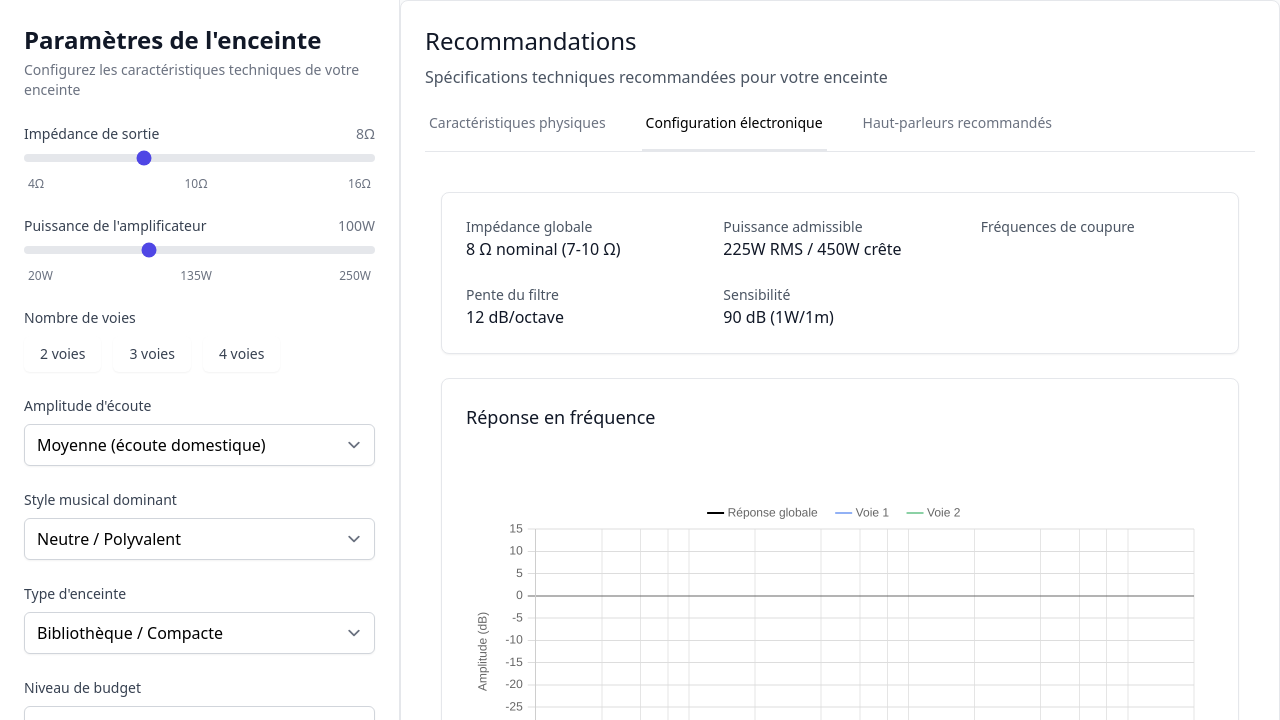
Repository: flobutbut/AcuoTune
Page: /#/, after clicking the first element matching `nav.flex > :nth-child(2)`
An editor plug-in stored every save of this project. The page is shown before and after the next save, followed by the edit.
The browser window is 1280 px wide. The pictures show the whole page.
An inner scrolling area shows only its first screen. The project was rebuilt for these pictures with package versions that can differ from the ones it lists, and the page was loaded fresh each time. Also part of the build but not shown: vite.config.ts, src/components/configurateur/recommendations/SpeakersTab.vue.

Above is the page before, as saved 2025-02-28 15:09:02.

### src/main.ts
import './assets/main.css'

import { createApp } from 'vue'
import { createPinia } from 'pinia'
import App from './App.vue'
import router from './router'

// Pour le débogage
console.log('Initializing app...')

const app = createApp(App)
const pinia = createPinia()

// Pour le débogage
app.config.errorHandler = (err, instance, info) => {
  console.error('Vue Error:', err)
  console.log('Component:', instance)
  console.log('Info:', info)
}

app.use(pinia)
app.use(router)

app.mount('#app')

// Pour le débogage
console.log('App mounted')

### src/App.vue
<script setup lang="ts">
import { RouterView } from 'vue-router'
</script>

<template>
  <RouterView />
</template>

<style>
#app {
  height: 100vh;
  width: 100vw;
}
</style>

### src/router/index.ts
import { createRouter, createWebHashHistory } from 'vue-router'
import ConfigurateurView from '../views/ConfigurateurView.vue'

const base = process.env.NODE_ENV === 'production' ? '/AcuoTune/' : '/'

const router = createRouter({
  history: createWebHashHistory(base),
  routes: [
    {
      path: '/',
      name: 'home',
      component: ConfigurateurView
    }
  ]
})

export default router

### src/views/ConfigurateurView.vue
<script setup lang="ts">
import ConfigurationPanel from '@/components/configurateur/ConfigurationPanel.vue'
import RecommendationsPanel from '@/components/configurateur/RecommendationsPanel.vue'
</script>

<template>
  <div class="flex h-screen bg-gray-50">
    <!-- Colonne de gauche - Configuration -->
    <div class="w-[400px] min-w-[400px] overflow-y-auto border-r border-gray-200 bg-white">
      <ConfigurationPanel />
    </div>

    <!-- Colonne de droite - Recommandations -->
    <div class="flex-1 overflow-y-auto">
      <RecommendationsPanel />
    </div>
  </div>
</template>

<style>
/* Supprimer les marges par défaut */
body {
  margin: 0;
  padding: 0;
}

/* Assurer que l'app prend toute la hauteur */
#app {
  height: 100vh;
}
</style>

### src/components/configurateur/RecommendationsPanel.vue
<script setup lang="ts">
import { ref } from 'vue'
import PhysicalTab from './recommendations/PhysicalTab.vue'
import ElectronicTab from './recommendations/ElectronicTab.vue'
import SpeakersTab from './recommendations/SpeakersTab.vue'

const activeTab = ref('physique')

// Données temporaires pour test
const physicalRecommendations = {
  volume: '30L',
  dimensions: {
    height: '80cm',
    width: '30cm',
    depth: '40cm'
  },
  materials: ['MDF 19mm', 'Contreplaqué bouleau 18mm'],
  portType: 'Bass-reflex',
  port: {
    surface: '50cm²',
    length: '15cm',
    diameter: '8cm',
    tuningFreq: '35Hz'
  }
}

const electronicRecommendations = {
  impedance: '8Ω',
  power: '100W RMS',
  crossoverFreqs: ['500Hz', '3.5kHz'],
  filterSlope: '12dB/octave',
  efficiency: '89dB'
}

const speakerRecommendations = [
  {
    type: 'Grave',
    impedance: '8Ω',
    power: '100W RMS',
    sensitivity: '89dB'
  },
  {
    type: 'Médium',
    impedance: '8Ω',
    power: '50W RMS',
    sensitivity: '91dB'
  },
  {
    type: 'Aigu',
    impedance: '8Ω',
    power: '25W RMS',
    sensitivity: '92dB'
  }
]
</script>

<template>
  <div class="w-full bg-white rounded-lg shadow-sm border border-gray-200">
    <div class="p-6">
      <h2 class="text-2xl font-medium text-gray-900 mb-2">Recommandations</h2>
      <p class="text-gray-600 mb-6">Spécifications techniques recommandées pour votre enceinte</p>

      <!-- Onglets -->
      <div class="border-b border-gray-200">
        <nav class="flex space-x-8" aria-label="Tabs">
          <button
            v-for="tab in ['physique', 'electronique', 'hautparleurs']"
            :key="tab"
            @click="activeTab = tab"
            :class="[
              'pb-4 px-1 font-medium text-sm border-b-2 transition-colors',
              activeTab === tab
                ? 'border-primary-600 text-primary-600'
                : 'border-transparent text-gray-500 hover:text-gray-700 hover:border-gray-300'
            ]"
          >
            {{ tab === 'physique' ? 'Caractéristiques physiques' :
               tab === 'electronique' ? 'Configuration électronique' :
               'Haut-parleurs recommandés' }}
          </button>
        </nav>
      </div>

      <!-- Contenu des onglets -->
      <div class="mt-6">
        <PhysicalTab v-if="activeTab === 'physique'" />
        <ElectronicTab v-if="activeTab === 'electronique'" />
        <SpeakersTab v-if="activeTab === 'hautparleurs'" />
      </div>
    </div>
  </div>
</template>

### src/components/configurateur/controls/RangeInput.vue
<script setup lang="ts">
defineProps<{
  label: string
  name: string
  value: number
  min: number
  max: number
  step: number
  unit?: string
}>()

defineEmits<{
  (e: 'update', event: Event): void
}>()
</script>

<template>
  <div class="space-y-2">
    <!-- Label et valeur actuelle -->
    <div class="flex justify-between items-center">
      <label :for="name" class="block text-sm font-medium text-gray-700">
        {{ label }}
      </label>
      <span class="text-sm text-gray-500">
        {{ value }}{{ unit }}
      </span>
    </div>

    <!-- Input range -->
    <input
      :id="name"
      type="range"
      :name="name"
      :min="min"
      :max="max"
      :step="step"
      :value="value"
      @input="$emit('update', $event)"
      class="w-full h-2 bg-gray-200 rounded-lg appearance-none cursor-pointer
             dark:bg-gray-700 accent-indigo-600 focus:outline-none focus:ring-2
             focus:ring-indigo-500 focus:ring-offset-2"
    />

    <!-- Valeurs min/max -->
    <div class="flex justify-between px-1">
      <span class="text-xs text-gray-500">{{ min }}{{ unit }}</span>
      <span class="text-xs text-gray-500">{{ Math.round((max + min) / 2) }}{{ unit }}</span>
      <span class="text-xs text-gray-500">{{ max }}{{ unit }}</span>
    </div>
  </div>
</template>

### src/components/configurateur/controls/SelectInput.vue
<script setup lang="ts">
interface Option {
  value: string
  label: string
}

defineProps<{
  label: string
  name: string
  value: string
  options: Option[]
}>()

defineEmits<{
  (e: 'update', event: Event): void
}>()
</script>

<template>
  <div class="space-y-2">
    <label :for="name" class="block text-sm font-medium text-gray-700">
      {{ label }}
    </label>
    <select
      :id="name"
      :name="name"
      :value="value"
      @change="$emit('update', $event)"
      class="mt-1 block w-full rounded-md border-gray-300 py-2 pl-3 pr-10 text-base
             focus:border-indigo-500 focus:outline-none focus:ring-indigo-500
             bg-white shadow-sm"
    >
      <option
        v-for="option in options"
        :key="option.value"
        :value="option.value"
        class="text-gray-900"
      >
        {{ option.label }}
      </option>
    </select>
  </div>
</template>

### src/constants/configurateur.ts
export const IMPEDANCE_OPTIONS = {
  min: 4,
  max: 16,
  step: 4
}

export const PUISSANCE_OPTIONS = {
  min: 20,
  max: 250,
  step: 10
}

export const AMPLITUDE_ECOUTE_OPTIONS = [
  { value: 'faible', label: 'Faible (écoute de proximité)' },
  { value: 'moyenne', label: 'Moyenne (écoute domestique)' },
  { value: 'forte', label: 'Forte (home-cinéma, fêtes)' }
]

export const STYLE_MUSICAL_OPTIONS = [
  { value: 'neutre', label: 'Neutre / Polyvalent' },
  { value: 'hifi', label: 'Hi-Fi / Audiophile' },
  { value: 'bass', label: 'Bass heavy (Electronic, Hip-hop)' },
  { value: 'acoustique', label: 'Acoustique / Classique' }
]

export const TYPE_ENCEINTE_OPTIONS = [
  { value: 'bibliothèque', label: 'Bibliothèque / Compacte' },
  { value: 'colonne', label: 'Colonne' },
  { value: 'monitoring', label: 'Monitoring' }
]

export const BUDGET_NIVEAU_OPTIONS = [
  { value: 'économique', label: 'Économique' },
  { value: 'moyen', label: 'Moyen' },
  { value: 'élevé', label: 'Élevé' }
]

export const DISTANCE_MUR_OPTIONS = [
  { value: 'proche', label: 'Proche (< 20cm)' },
  { value: 'moyenne', label: 'Moyenne (20-40cm)' },
  { value: 'éloignée', label: 'Éloignée (> 40cm)' }
]

export const UTILISATION_OPTIONS = [
  { value: 'musique', label: 'Musique' },
  { value: 'homecinema', label: 'Home-cinéma' },
  { value: 'mixte', label: 'Mixte (Musique + Home-cinéma)' },
  { value: 'studio', label: 'Production / Mixage studio' }
]

export const TYPE_CHARGE_OPTIONS = [
  { value: 'clos', label: 'Clos' },
  { value: 'bass-reflex', label: 'Bass-reflex' },
  { value: 'double-bass-reflex', label: 'Double Bass-reflex' }
]

export const PENTE_FILTRE_OPTIONS = [
  { value: '12', label: '12 dB/octave' },
  { value: '18', label: '18 dB/octave' },
  { value: '24', label: '24 dB/octave' }
]

export const FACTEUR_QUALITE_OPTIONS = [
  { value: '0.5', label: 'Q = 0.5 (Sous-amorti)' },
  { value: '0.707', label: 'Q = 0.707 (Butterworth)' },
  { value: '1.0', label: 'Q = 1.0 (Sur-amorti)' }
]

### src/components/configurateur/recommendations/ElectronicTab.vue
<script setup lang="ts">
import { computed } from 'vue'
import { useConfigurateurStore } from '@/stores/configurateur'
import { calculateElectronic } from '@/utils/calculations/electronic'
import { calculateAcoustic } from '@/utils/calculations/acoustic'
import FrequencyResponseChart from '../FrequencyResponseChart.vue'

const store = useConfigurateurStore()

const electronicRecommendations = computed(() => {
  if (!store.config) return null
  const acousticParams = calculateAcoustic(store.config)
  return calculateElectronic(store.config, acousticParams)
})
</script>

<template>
  <div class="space-y-6 p-4">
    <div v-if="electronicRecommendations" class="space-y-6">
      <!-- Panneau des paramètres -->
      <div class="bg-white rounded-lg shadow-sm border border-gray-200 p-6">
        <div class="grid grid-cols-2 md:grid-cols-3 gap-6">
          <div v-for="(value, key) in [
            { label: 'Impédance globale', value: electronicRecommendations.impedanceGlobale },
            { label: 'Puissance admissible', value: electronicRecommendations.puissanceAdmissible },
            { label: 'Fréquences de coupure', value: electronicRecommendations.frequencesCoupure.join(' / ') },
            { label: 'Pente du filtre', value: electronicRecommendations.penteFiltre },
            { label: 'Sensibilité', value: electronicRecommendations.sensibilite }
          ]" :key="key" class="group">
            <div class="text-sm text-gray-600 group-hover:text-gray-800 transition-colors">{{ value.label }}</div>
            <div class="font-medium text-gray-900">{{ value.value }}</div>
          </div>
        </div>
      </div>

      <!-- Graphique -->
      <div class="bg-white rounded-lg shadow-sm border border-gray-200 p-6">
        <h3 class="text-lg font-medium text-gray-900 mb-4">Réponse en fréquence</h3>
        <div class="h-[400px] w-full">
          <FrequencyResponseChart
            :config="store.config"
            :electronic-params="electronicRecommendations"
          />
        </div>
      </div>
    </div>

    <div v-else class="flex items-center justify-center h-48 bg-gray-50 rounded-lg">
      <div class="text-gray-500">
        <svg class="w-8 h-8 mx-auto mb-2 animate-spin" viewBox="0 0 24 24" fill="none">
          <circle class="opacity-25" cx="12" cy="12" r="10" stroke="currentColor" stroke-width="4"/>
          <path class="opacity-75" fill="currentColor" d="M4 12a8 8 0 018-8V0C5.373 0 0 5.373 0 12h4z"/>
        </svg>
        <span>Chargement des recommandations...</span>
      </div>
    </div>
  </div>
</template>

### src/utils/calculations/electronic.ts
import type { Config } from '@/types/configurateur'
import type { ElectronicRecommendation } from '@/types/configurateur'

interface AcousticResult {
  volumeOptimal: number
  frequenceAccord: number
  facteurQualite: number
  frequenceResonance: number
  rendementBasse: number
  puissanceMax: number
}

export function calculateElectronic(config: Config, acoustic: AcousticResult): ElectronicRecommendation {
  console.log('Calculating electronic parameters for:', { config, acoustic })

  // Calcul des fréquences de coupure
  const frequencesCoupure = calculateCrossoverFrequencies(config)

  // Calcul de la pente des filtres
  const penteFiltre = calculateFilterSlope(config)

  // Calcul de l'impédance globale
  const impedanceGlobale = calculateGlobalImpedance(config)

  // Calcul de la puissance admissible
  const puissanceAdmissible = calculateAdmissiblePower(acoustic.puissanceMax)

  // Calcul de la sensibilité globale
  const sensibilite = calculateGlobalSensitivity(config, acoustic)

  const result: ElectronicRecommendation = {
    frequencesCoupure,
    penteFiltre,
    impedanceGlobale,
    puissanceAdmissible,
    sensibilite
  }

  console.log('Electronic calculation result:', result)
  return result
}

function calculateCrossoverFrequencies(config: Config): string[] {
  // Si mode avancé et fréquences manuelles définies, les utiliser
  if (config.showAdvanced && config.freqCoupureManuelle.length > 0) {
    return config.freqCoupureManuelle.map(freq => `${freq} Hz`)
  }

  // Sinon, calculer les fréquences recommandées
  const freqs: number[] = []
  switch (config.nombreVoies) {
    case 2:
      freqs.push(config.styleMusical === 'bass' ? 2500 : 3000)
      break
    case 3:
      freqs.push(
        config.styleMusical === 'bass' ? 400 : 500,
        config.styleMusical === 'bass' ? 2500 : 3000
      )
      break
    case 4:
      freqs.push(
        config.styleMusical === 'bass' ? 200 : 250,
        config.styleMusical === 'bass' ? 800 : 1000,
        config.styleMusical === 'bass' ? 2500 : 3000
      )
      break
  }
  return freqs.map(freq => `${freq} Hz`)
}

function calculateFilterSlope(config: Config): string {
  // Si mode avancé, utiliser la pente configurée
  if (config.showAdvanced) {
    return `${config.penteFiltre} dB/octave`
  }

  // Sinon, déterminer la pente recommandée
  if (config.budgetNiveau === 'élevé' || config.styleMusical === 'hifi') {
    return '24 dB/octave'
  } else if (config.nombreVoies >= 3) {
    return '18 dB/octave'
  }
  return '12 dB/octave'
}

function calculateGlobalImpedance(config: Config): string {
  // Calcul de l'impédance nominale
  let impedance = config.impedance

  // Ajustements selon le nombre de voies
  if (config.nombreVoies >= 3) {
    impedance = Math.max(4, impedance - 2)
  }

  return `${impedance} Ω nominal (${impedance - 1}-${impedance + 2} Ω)`
}

function calculateAdmissiblePower(maxPower: number): string {
  const rms = Math.round(maxPower)
  const peak = Math.round(maxPower * 2)
  return `${rms}W RMS / ${peak}W crête`
}

function calculateGlobalSensitivity(config: Config, acoustic: AcousticResult): string {
  // Sensibilité de base selon le rendement calculé
  let sensitivity = acoustic.rendementBasse

  // Ajustements selon l'amplitude d'écoute
  const sensAdjust = {
    'faible': -2,
    'moyenne': 0,
    'forte': +2
  }
  sensitivity += sensAdjust[config.amplitudeEcoute as keyof typeof sensAdjust] || 0

  // Ajustements selon le nombre de voies
  sensitivity += (config.nombreVoies - 2) * 0.5

  return `${Math.round(sensitivity)} dB (1W/1m)`
}

### src/components/configurateur/FrequencyResponseChart.vue
<script setup lang="ts">
import { onMounted, watch, ref, onUnmounted } from 'vue'
import Chart from 'chart.js/auto'
import { calculateVoiceResponse, calculateGlobalResponse } from '@/utils/calculations/frequency-response'
import type { Config } from '@/types/configurateur'

const props = defineProps<{
  config: Config
  electronicParams: any
}>()

const chartCanvas = ref<HTMLCanvasElement | null>(null)
let frequencyChart: Chart | null = null

function generateChartData() {
  console.log('Generating chart data with config:', props.config)
  console.log('Electronic params:', props.electronicParams)

  const frequencies = []
  const voieDatasets = []
  const nombreVoies = parseInt(props.config.nombreVoies)

  // Initialisation des tableaux pour chaque voie
  const voieResponses = Array.from({ length: nombreVoies }, () => [])
  const globalResponses = []

  // Génération des fréquences
  for (let i = 0; i <= 400; i++) {
    const f = Math.round(10 * Math.pow(10, i * 3 / 400))
    if (f <= 20000) {
      frequencies.push(f)

      // Calcul pour chaque voie
      const currentVoiceResponses = []
      for (let v = 0; v < nombreVoies; v++) {
        const response = calculateVoiceResponse(f, v, props.config, props.electronicParams)
        voieResponses[v].push(response)
        currentVoiceResponses.push(response)
      }

      // Calcul de la réponse globale
      const globalResponse = calculateGlobalResponse(f, currentVoiceResponses)
      globalResponses.push(globalResponse)
    }
  }

  console.log('Voice responses:', voieResponses)
  console.log('Global responses:', globalResponses)

  // Création des datasets pour chaque voie
  const voieColors = ['#2563eb', '#16a34a', '#dc2626', '#9333ea']
  for (let v = 0; v < nombreVoies; v++) {
    voieDatasets.push({
      label: `Voie ${v + 1}`,
      data: frequencies.map((f, i) => ({
        x: f,
        y: voieResponses[v][i]
      })),
      borderColor: voieColors[v],
      borderDash: [5, 5],
      borderWidth: 1,
      fill: false,
      tension: 0.4,
      pointRadius: 0
    })
  }

  // Dataset pour la réponse globale
  const globalDataset = {
    label: 'Réponse globale',
    data: frequencies.map((f, i) => ({
      x: f,
      y: globalResponses[i]
    })),
    borderColor: '#000000',
    borderWidth: 2,
    fill: false,
    tension: 0.4,
    pointRadius: 0,
    order: -1 // Pour s'assurer que la courbe globale est au-dessus
  }

  return {
    voieDatasets,
    globalDataset
  }
}

function createChart() {
  if (!chartCanvas.value) return
  const ctx = chartCanvas.value.getContext('2d')
  if (!ctx) return

  const { voieDatasets, globalDataset } = generateChartData()

  if (frequencyChart) {
    frequencyChart.destroy()
  }

  frequencyChart = new Chart(ctx, {
    type: 'line',
    data: {
      datasets: [...voieDatasets, globalDataset]
    },
    options: {
      responsive: true,
      maintainAspectRatio: false,
      layout: {
        padding: {
          top: 40,
          right: 20,
          bottom: 10,
          left: 10
        }
      },
      scales: {
        x: {
          type: 'logarithmic',
          min: 20,
          max: 20000,
          title: {
            display: true,
            text: 'Fréquence (Hz)',
            padding: { top: 10, bottom: 0 }
          },
          ticks: {
            callback: (value: any) => {
              if ([20, 50, 100, 200, 500, 1000, 2000, 5000, 10000, 20000].includes(value)) {
                if (value >= 1000) {
                  return `${value/1000}k`
                }
                return value
              }
              return ''
            }
          }
        },
        y: {
          min: -40,
          max: 15,
          title: {
            display: true,
            text: 'Amplitude (dB)',
            padding: { top: 0, bottom: 10 }
          },
          ticks: {
            stepSize: 5,
            callback: (value: any) => `${value}`,
            padding: 5
          },
          grid: {
            drawBorder: true,
            color: (context: any) => {
              if (context.tick.value === 0) {
                return '#666'
              }
              return '#ddd'
            }
          }
        }
      },
      plugins: {
        legend: {
          display: true,
          position: 'top',
          align: 'center',
          labels: {
            usePointStyle: true,
            pointStyle: 'line',
            boxWidth: 40,
            padding: 20
          }
        },
        tooltip: {
          mode: 'index',
          intersect: false,
          callbacks: {
            label: function(context: any) {
              return `${context.dataset.label}: ${context.parsed.y.toFixed(1)} dB @ ${context.parsed.x} Hz`
            }
          }
        }
      },
      elements: {
        line: {
          tension: 0.1,
          borderWidth: 1.5
        },
        point: {
          radius: 0
        }
      },
      animation: {
        duration: 0
      },
      devicePixelRatio: 2
    }
  })
}

onMounted(() => {
  createChart()
})

watch([() => props.config, () => props.electronicParams], () => {
  createChart()
}, { deep: true })

onUnmounted(() => {
  if (frequencyChart) {
    frequencyChart.destroy()
  }
})
</script>

<template>
  <div class="frequency-response-container">
    <div class="frequency-response-chart">
      <canvas ref="chartCanvas"></canvas>
    </div>
  </div>
</template>

<style scoped>
.frequency-response-container {
  width: 100%;
}

.frequency-response-chart {
  background-color: white;
  border-radius: 0.5rem;
  height: 400px;
  position: relative;
}

canvas {
  position: absolute;
  top: 0;
  left: 0;
  width: 100% !important;
  height: 100% !important;
}
</style>

Loaded but not shown: index.html (common file); src/assets/main.css (common file); tailwind.config.js (13 lines, source omitted); src/utils/calculations/acoustic.ts (372 lines, source omitted); src/utils/calculations/frequency-response.ts (270 lines, source omitted); src/components/configurateur/ConfigurationPanel.vue (237 lines, source omitted); src/utils/calculations/physical.ts (240 lines, source omitted); src/stores/configurateur.ts (167 lines, source omitted); src/components/configurateur/recommendations/PhysicalTab.vue (104 lines, source omitted)

After the next save:
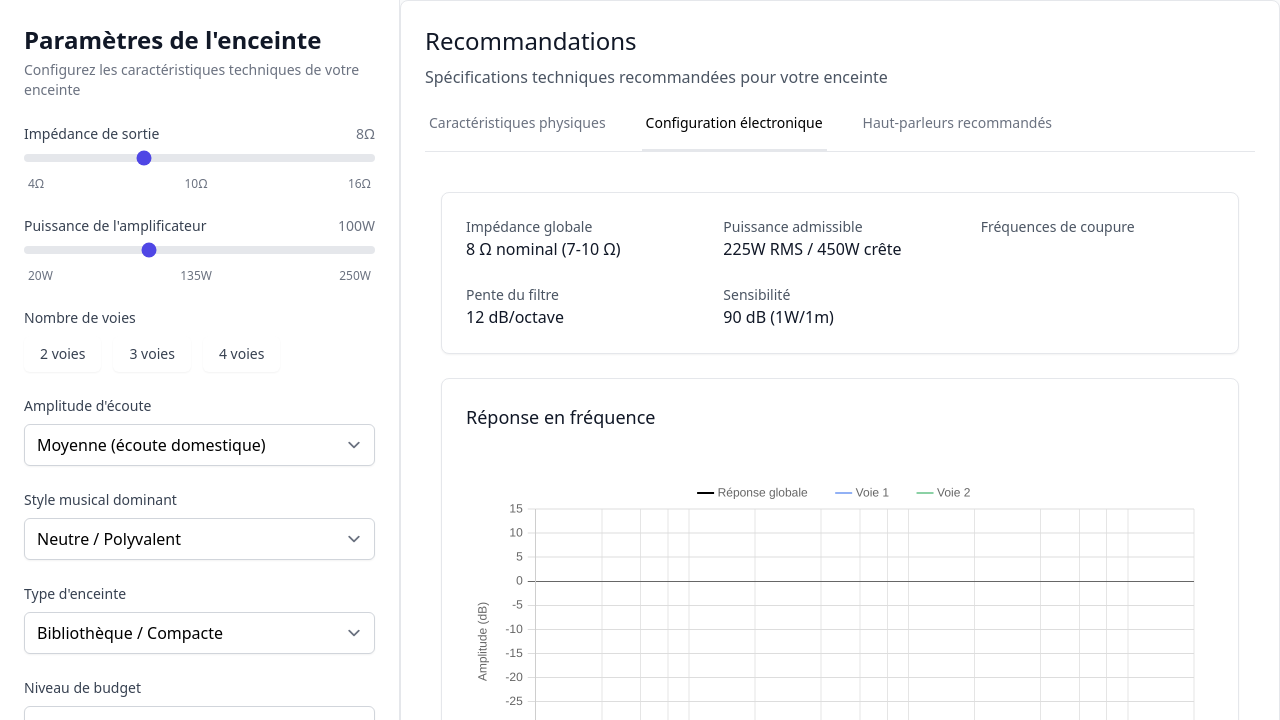
Saved 58 s later.
--- a/src/components/configurateur/FrequencyResponseChart.vue
+++ b/src/components/configurateur/FrequencyResponseChart.vue
@@ -107,7 +107,7 @@ function createChart() {
       maintainAspectRatio: false,
       layout: {
         padding: {
-          top: 40,
+          top: 10,
           right: 20,
           bottom: 10,
           left: 10
@@ -168,7 +168,7 @@ function createChart() {
             usePointStyle: true,
             pointStyle: 'line',
             boxWidth: 40,
-            padding: 20
+            padding: 30
           }
         },
         tooltip: {
